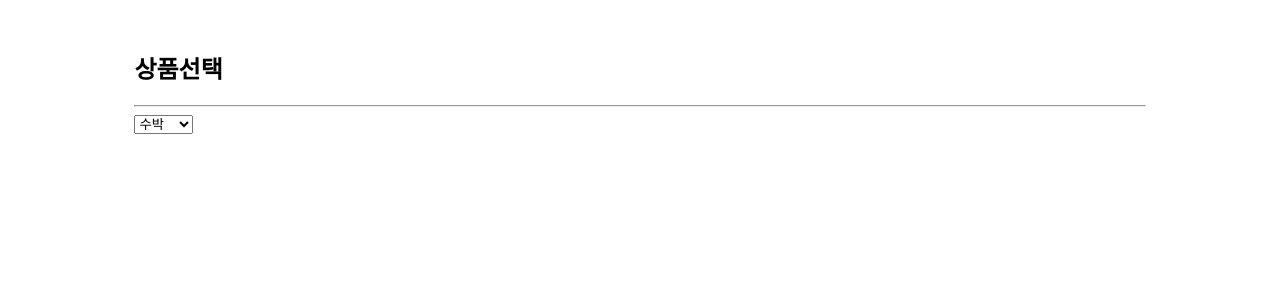
Repository: Yunkieun/jspworks
Page: http://localhost/jspwork2/cart/selProduct.jsp
An editor plug-in stored every save of this project. The page is shown before and after the next save, followed by the edit.
The browser window is 1280 px wide. The pictures show the whole page.
The page is served by Tomcat 9. Nobody is signed in. The application's start-up code is not run. Other server files are loaded and not shown.

Above is the page before, as saved 2023-07-19 05:45:45.

### jspwork2/src/main/webapp/cart/selProduct.jsp
<%@ page language="java" contentType="text/html; charset=EUC-KR"
    pageEncoding="UTF-8"%>
<!DOCTYPE html>
<html>
<head>
<meta charset="UTF-8">
<title>상품 선택</title>
<link rel="stylesheet" href="../resources/css/style.css">
</head>
<body>
	<div id="container">
		<h2>상품선택</h2>
		<hr>

		<form action="addProduct.jsp" method="post">
			<select name="product">
				<option value="수박">수박</option>
				<option value="딸기">딸기</option>
				<option value="복숭아">복숭아</option>
				<option value="사과">사과</option>
			</select>
		</form>
	</div>
</body>
</html>

### jspwork2/src/main/webapp/resources/css/style.css
@charset "UTF-8";
#container{width: 80%; margin: 50px auto;}

After the next save:
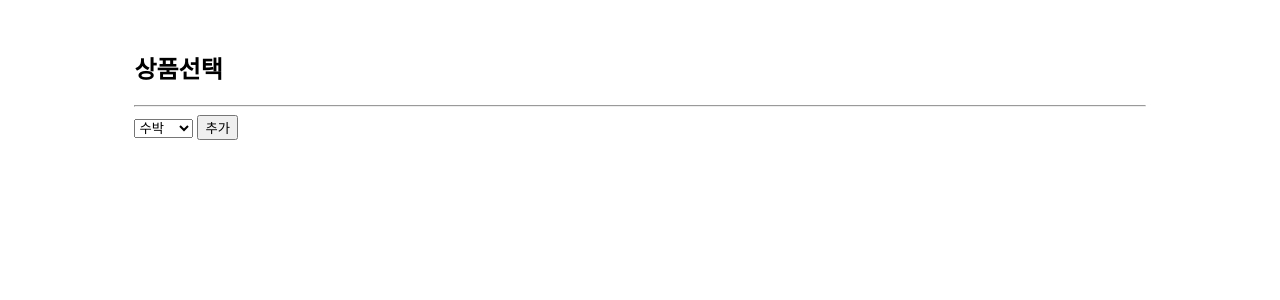
Saved 37 s later.
--- a/jspwork2/src/main/webapp/cart/selProduct.jsp
+++ b/jspwork2/src/main/webapp/cart/selProduct.jsp
@@ -19,6 +19,7 @@
 				<option value="복숭아">복숭아</option>
 				<option value="사과">사과</option>
 			</select>
+			<button type="submit">추가</button>
 		</form>
 	</div>
 </body>
